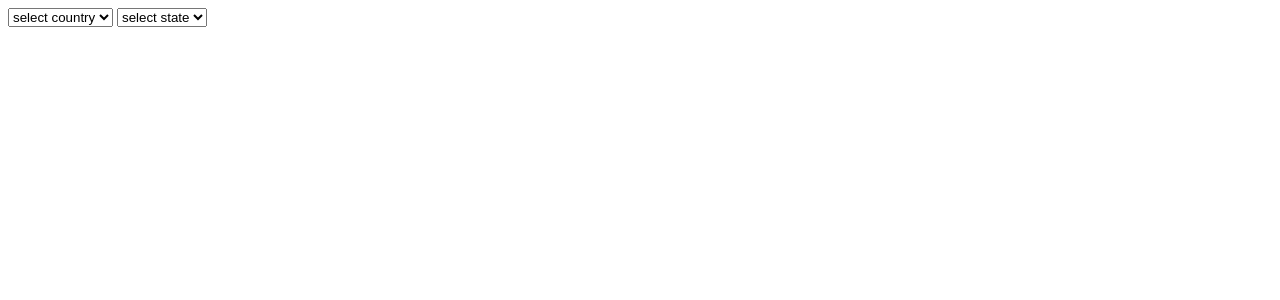
Repository: Krutarthkhatri07/SpringBoot
Page: http://localhost/AJAX/login.jsp
An editor plug-in stored every save of this project. The page is shown before and after the next save, followed by the edit.
The browser window is 1280 px wide. The pictures show the whole page.
The page is served by Tomcat 9.

Above is the page before, as saved 2019-11-08 12:40:41.

### AJAX/WebContent/login.jsp
<%@ page language="java" contentType="text/html; charset=ISO-8859-1"
	pageEncoding="ISO-8859-1"%>
<!DOCTYPE html PUBLIC "-//W3C//DTD HTML 4.01 Transitional//EN" "http://www.w3.org/TR/html4/loose.dtd">
<html>
<head>
<meta http-equiv="Content-Type" content="text/html; charset=ISO-8859-1">
<title>Insert title here</title>
</head>
<body>
	<select onchange="fun()" id="country">
		<option selected hidden>select country</option>
		<option>IND</option>
		<option>CANADA</option>
		<option>USA</option>
	</select>

	<select id="state">
		<option selected hidden>select state</option>

	</select>

	<script type="text/javascript">
		function fun() {

			var htp = new XMLHttpRequest();

			htp.onreadystatechange = function() {

				if (htp.readyState == 4) {
					var country = document.getElementById("country");
					var state = document.getElementById("state"); //state.innetHTML = " ";
					var opt = document.createElement("option");
					state.appendChild(opt);

					//alert(htp.responseText);
					var json = JSON.parse(htp.responseText);

					for (var i = 0; i < json.length; i++) {
						var data = json[i]
						var option = document.createElement("option");
						var cname = country.value;
						var n = data.country;
						if (cname.localeCompare(n) == 0)
						{
							option.text = data.state;
							option.value = data.state;
							state.appendChild(option);
						}
					}

				}
			}
			//var country=document.getElementById("country");
			htp.open("get", "json.jsp", true);
			htp.send();

		}
	</script>
</body>
</html>

After the next save:
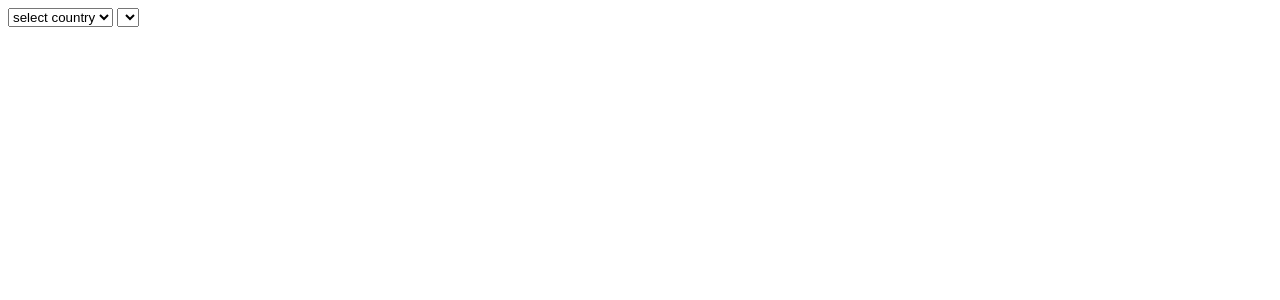
Saved 66 s later.
--- a/AJAX/WebContent/login.jsp
+++ b/AJAX/WebContent/login.jsp
@@ -15,7 +15,7 @@
 	</select>
 
 	<select id="state">
-		<option selected hidden>select state</option>
+		<!--  <option selected hidden>select state</option>-->
 
 	</select>
 

After the 4 saves that followed:
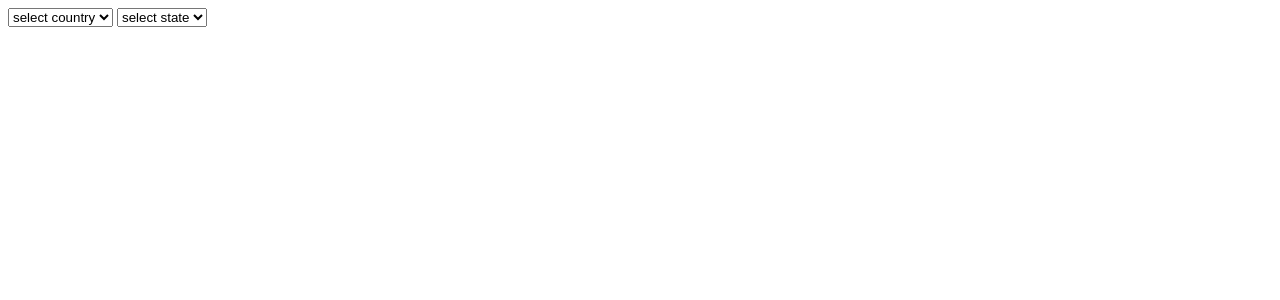
The 4 saves are shown as one change because 2 left the picture as it was and some came seconds apart.
The last was saved 3 min 12 s later.
--- a/AJAX/WebContent/login.jsp
+++ b/AJAX/WebContent/login.jsp
@@ -15,7 +15,7 @@
 	</select>
 
 	<select id="state">
-		<!--  <option selected hidden>select state</option>-->
+		  <option selected hidden>select state</option>
 
 	</select>
 
@@ -28,7 +28,8 @@
 
 				if (htp.readyState == 4) {
 					var country = document.getElementById("country");
-					var state = document.getElementById("state"); //state.innetHTML = " ";
+					var state = document.getElementById("state");
+					state.innerHTML = "";
 					var opt = document.createElement("option");
 					state.appendChild(opt);
 
